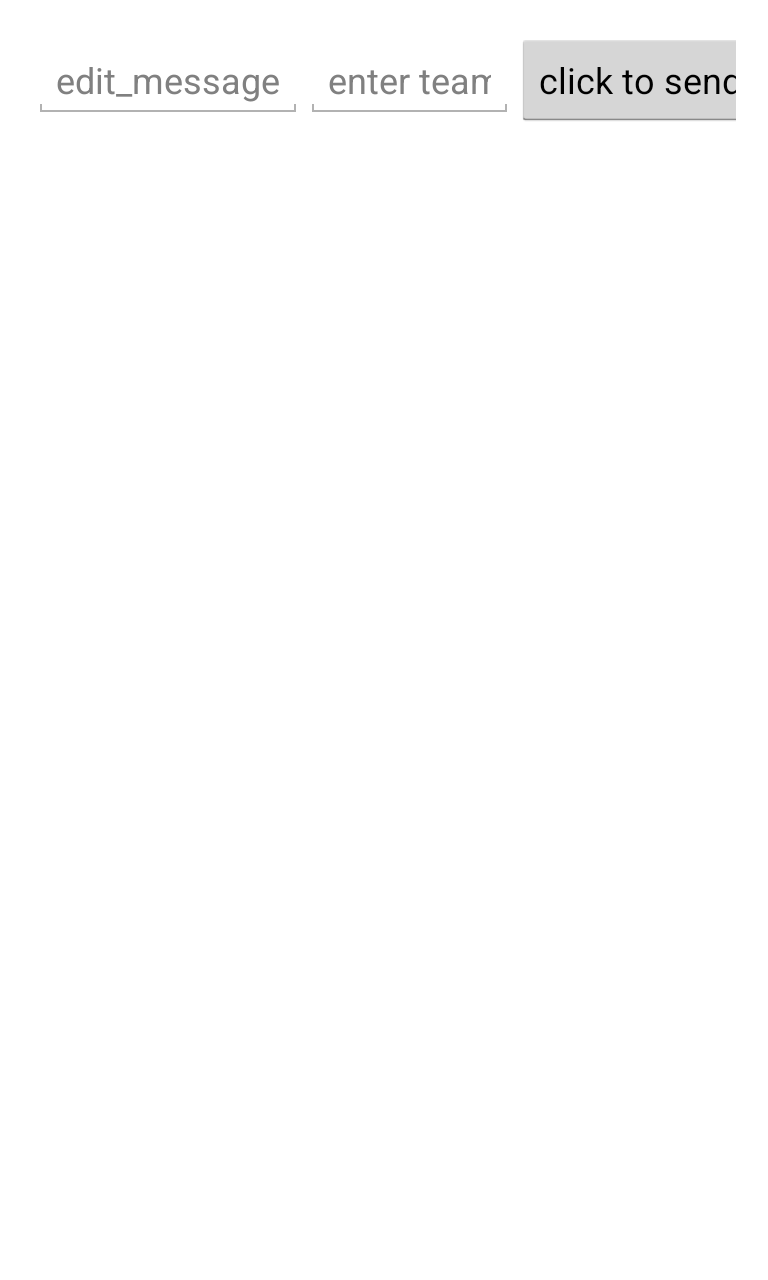
Repository: lmrobotics/linn-mar-robotics
Layout: 2013_14/Android/raflood/workspace/FTCScout/res/layout/activity_main.xml
The author's editor kept a copy of each file at every save. The layout is drawn from the files as they stood at one save, then again after the next save.
It is drawn on a 768 x 1280 px phone screen (xhdpi) without system bars, with theme AppTheme; the app's code is not run.

Above is the layout before, as saved 2013-10-17 21:40:37.

After the next save:
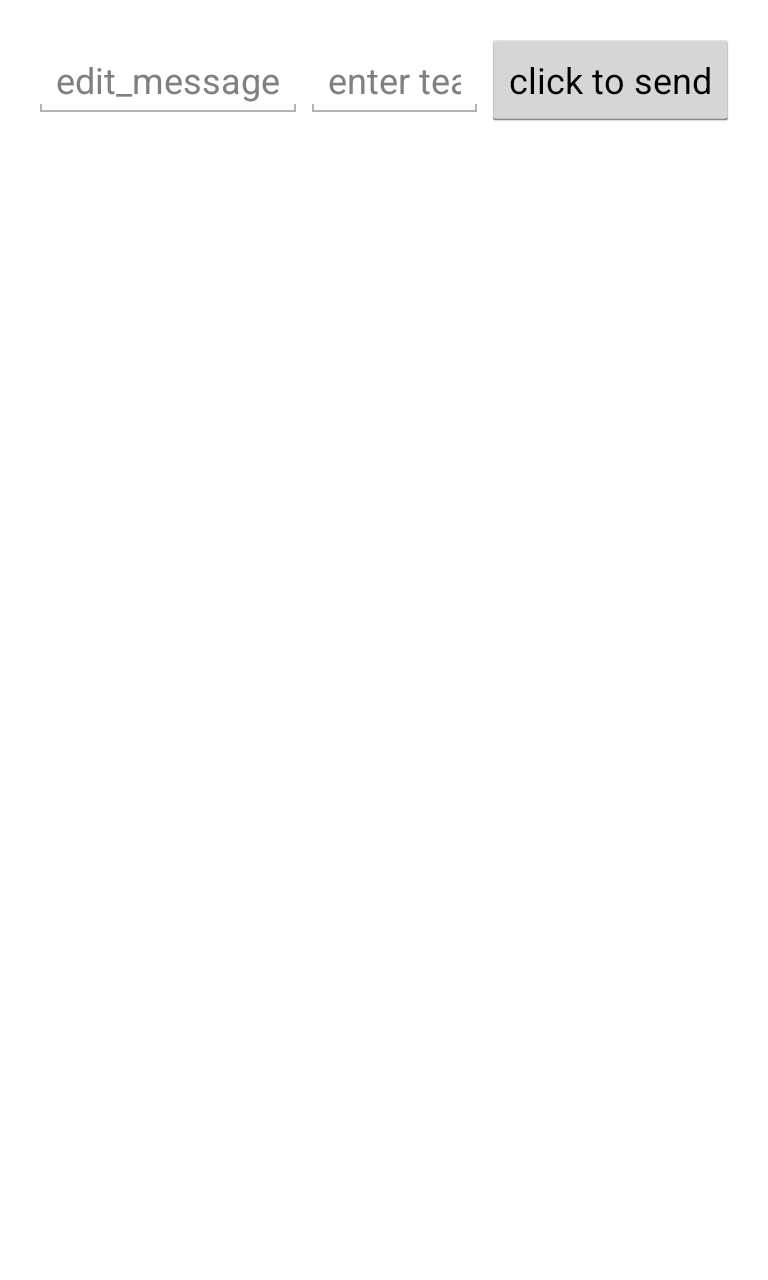
Saved 2 min 45 s later.
--- a/2013_14/Android/raflood/workspace/FTCScout/res/layout/activity_main.xml
+++ b/2013_14/Android/raflood/workspace/FTCScout/res/layout/activity_main.xml
@@ -8,13 +8,6 @@
     android:paddingRight="@dimen/activity_horizontal_margin"
     android:paddingTop="@dimen/activity_vertical_margin"
     tools:context=".MainActivity" >
-
-    <TextView
-        android:id="@+id/textView1"
-        android:layout_width="wrap_content"
-        android:layout_height="wrap_content"
-        android:layout_weight="1"
-        android:text="Team Number" />
 
     <EditText android:id="@+id/edit_message"
         android:layout_width="wrap_content"
@@ -29,9 +22,9 @@
         android:ems="10"
         android:hint="@string/team_prompt"
         android:inputType="numberDecimal" />
-<Button
-        android:layout_width="wrap_content"
+
+    <Button android:layout_width="wrap_content"
         android:layout_height="wrap_content"
-        android:text="@string/button_send" />
+        android:text="@string/button_send"/>
 
 </LinearLayout>
